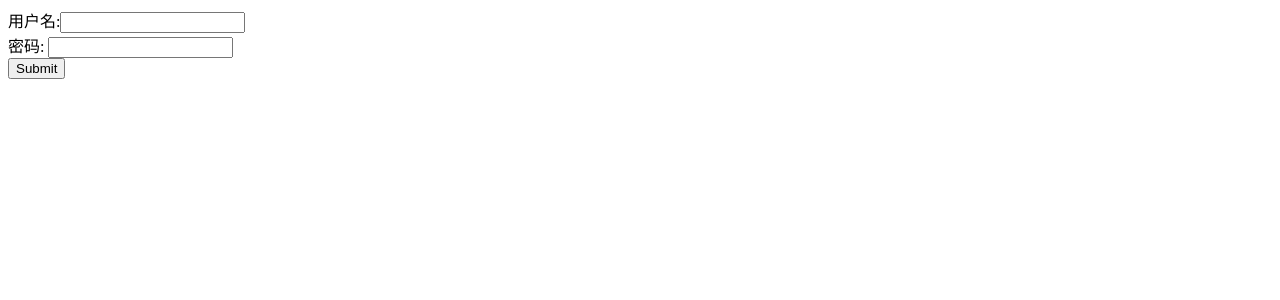
Repository: debug404/all
Page: http://localhost/Work_Login/login.jsp
The author's editor kept a copy of each file at every save. The page is drawn from the files as they stood at one save, then again after the next save.
The browser window is 1280 px wide. The pictures show the whole page.
The page is served by Tomcat 9. Other server files are loaded and not shown.

Above is the page before, as saved 2015-11-19 09:15:36.

### Work_Login/WebContent/login.jsp
<%@ page language="java" contentType="text/html; charset=UTF-8"
	pageEncoding="UTF-8"%>
<!DOCTYPE html PUBLIC "-//W3C//DTD HTML 4.01 Transitional//EN" "http://www.w3.org/TR/html4/loose.dtd">
<html>
<head>
<meta http-equiv="Content-Type" content="text/html; charset=UTF-8">
<title>Insert title here</title>
</head>
<body>
	<form action="login.do" method="post">

		用户名:<input type="text" name="username" /><br />密码: <input
			type="password" name="password" /> <br /> <input type="submit">




	</form>
</body>
</html>

After the next save:
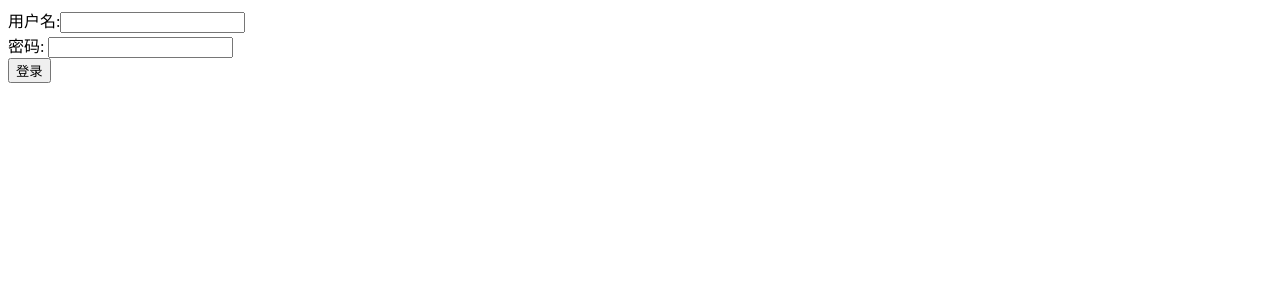
Saved 12 s later.
--- a/Work_Login/WebContent/login.jsp
+++ b/Work_Login/WebContent/login.jsp
@@ -10,7 +10,8 @@
 	<form action="login.do" method="post">
 
 		用户名:<input type="text" name="username" /><br />密码: <input
-			type="password" name="password" /> <br /> <input type="submit">
+			type="password" name="password" /> <br /> <input type="submit"
+			value="登录">
 
 
 
